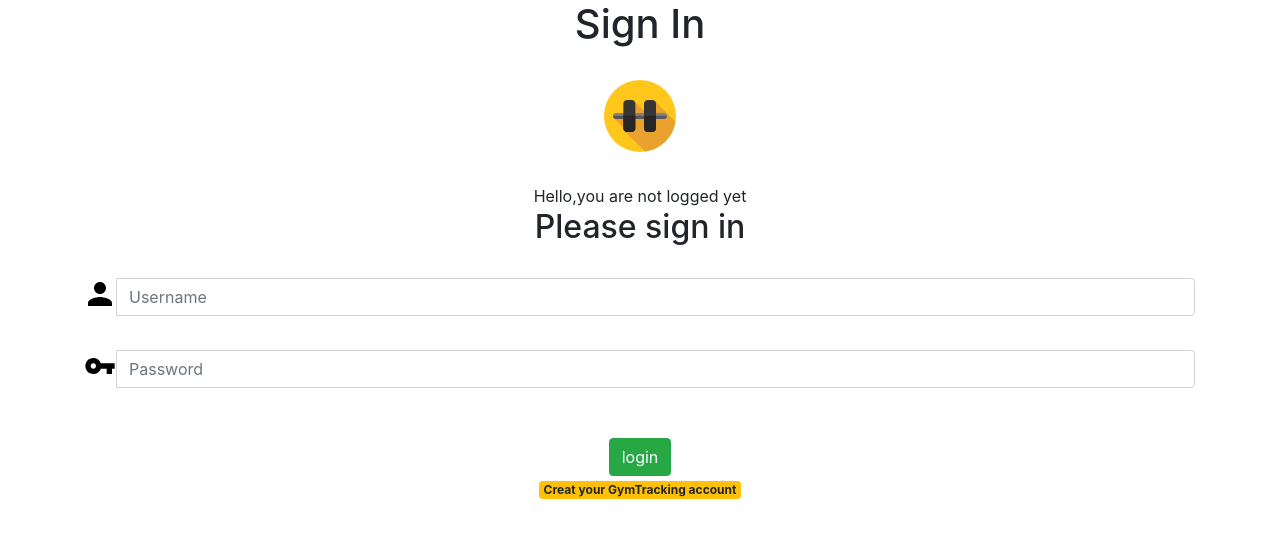
Repository: SapirAbuksis/WebGymTrackingProject
Page: http://localhost/WebGymTracking/login.jsp
These files come from the project's save history. The page is drawn as it stood at one moment and after the next save; the edit follows.
The browser window is 1280 px wide. The pictures show the whole page.
The page is served by Tomcat 9.

Above is the page before, as saved 2019-03-05 08:22:25.

After the next save:
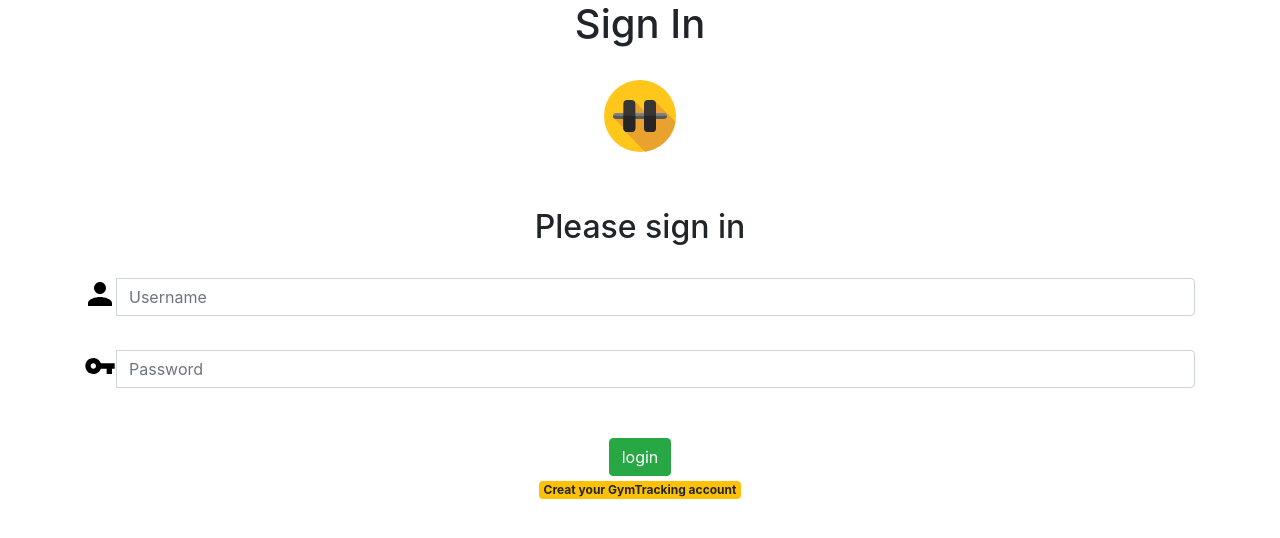
Saved 72 s later.
--- a/Eclipse/WebGymTracking/WebContent/login.jsp
+++ b/Eclipse/WebGymTracking/WebContent/login.jsp
@@ -22,8 +22,7 @@
         <h4 style="color:red; font-weight:bold;"><%if(request.getAttribute("message") != null)
             out.write((String)request.getAttribute("message")); %></h4>
             <input type="hidden" name="command" value="login">
-            <%@ taglib uri ="/WEB-INF/tag.tld" prefix="test" %>
-            <test:helloTag/>
+
             <br>
             <h2>Please sign in</h2>
             <br>

After the save that followed:
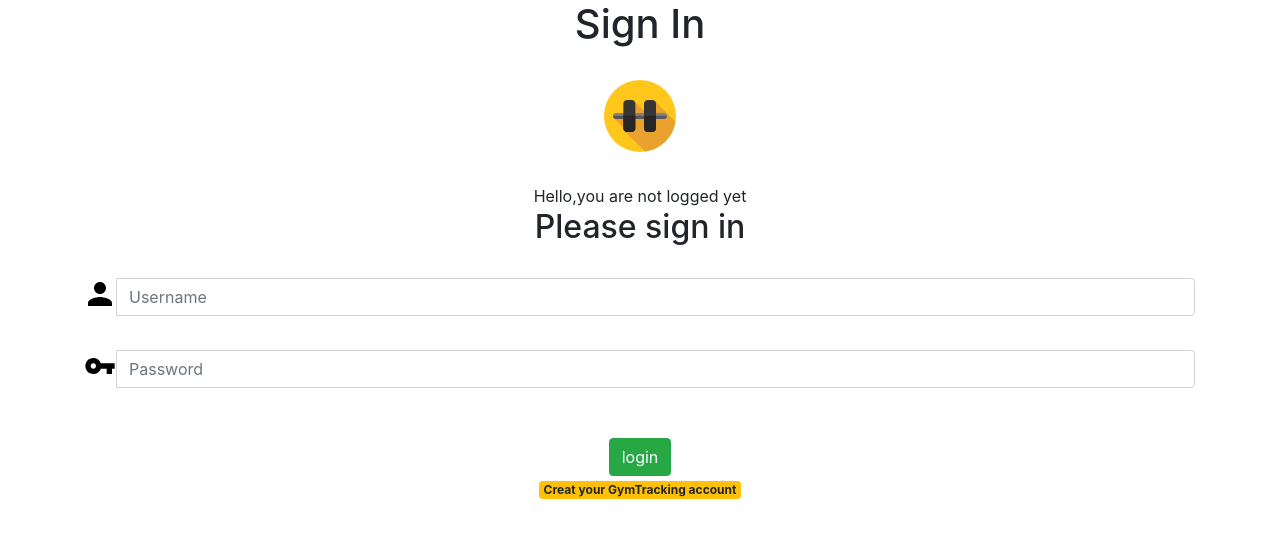
Saved 78 s later.
--- a/Eclipse/WebGymTracking/WebContent/login.jsp
+++ b/Eclipse/WebGymTracking/WebContent/login.jsp
@@ -22,7 +22,8 @@
         <h4 style="color:red; font-weight:bold;"><%if(request.getAttribute("message") != null)
             out.write((String)request.getAttribute("message")); %></h4>
             <input type="hidden" name="command" value="login">
-
+            <%@ taglib uri ="/WEB-INF/tag.tld" prefix="test" %>
+            <test:helloTag/>
             <br>
             <h2>Please sign in</h2>
             <br>
